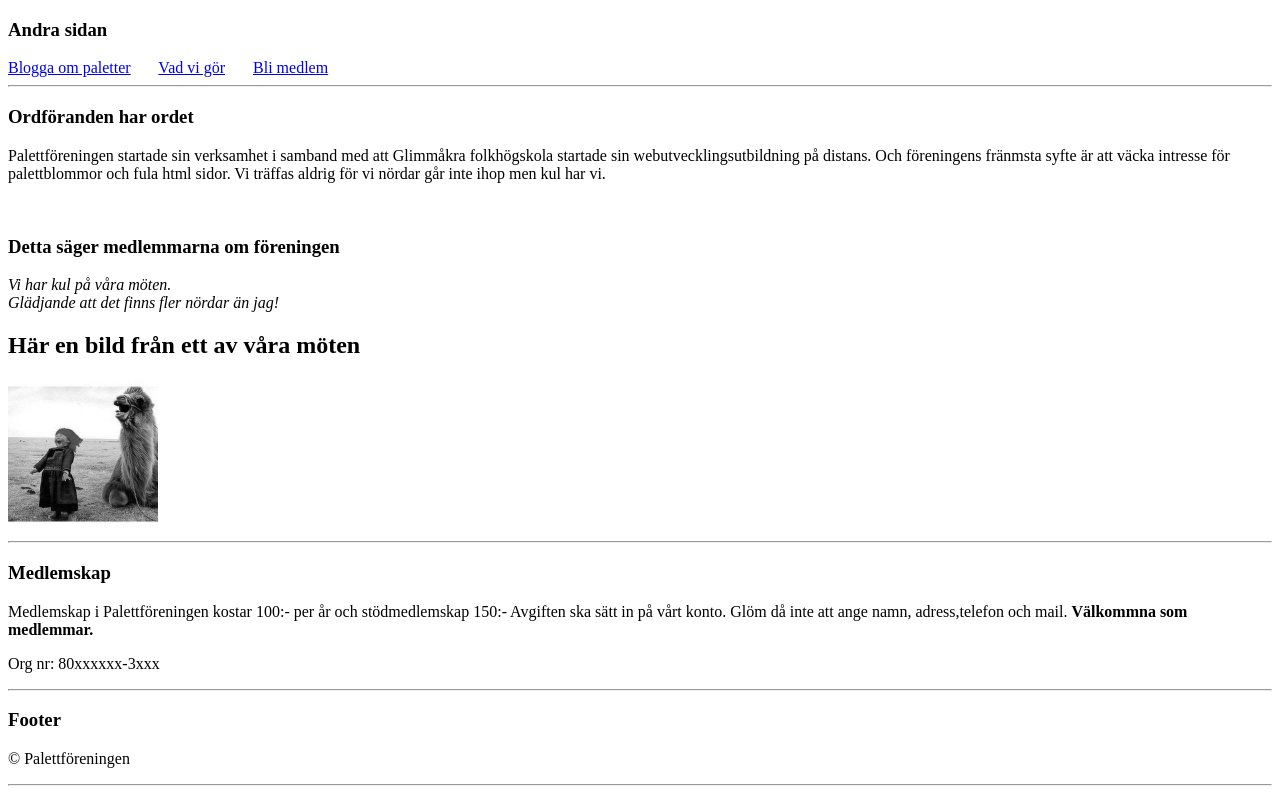
Repository: Webutveckling-20-21/Uppgift-1
Page: verksamheten.html
The author's editor kept a copy of each file at every save. The page is drawn from the files as they stood at one save, then again after a run of saves.
The browser window is 1280 px wide. The pictures show the whole page.

Above is the page before, as saved 2021-09-07 12:19:28.

### verksamheten.html
<!-- Här alla måsten i huvudet såsom språk och språkkodning mm -->
<!DOCTYPE html>
<html lang="sv">


<head>
    <meta charset="UTF-8">
    <meta name="viewport" content="width=device-width, initial-scale=1.0">
    <title>verksamheten</title>
</head>

<body>
    <header>
        <h3>Andra sidan</h3>
        <!-- Här läggs alla länkar-->
        <a href="blogg.html">Blogga om paletter</a>&nbsp;&nbsp;&nbsp;&nbsp;&nbsp;&nbsp;
        <a href="verksamheten.html">Vad vi gör</a>&nbsp;&nbsp;&nbsp;&nbsp;&nbsp;&nbsp;
        <a href="medlemskap.html">Bli medlem</a>
    </header>
    <hr>
    <main>
        <article>

            <h3>Ordföranden har ordet</h3>
            <p> Palettföreningen startade sin verksamhet i samband med att Glimmåkra folkhögskola startade sin
                webutvecklingsutbildning på distans. Och föreningens fränmsta syfte är att väcka intresse för
                palettblommor och fula html sidor. Vi träffas aldrig för vi nördar går inte ihop men kul har vi. </p> <br>

            <article>

                <article>

                    <h3>Detta säger medlemmarna om föreningen</h3>

                    <cite>Vi har kul på våra möten.</cite><br>
                    <cite>Glädjande att det finns fler nördar än jag!</cite><br>

                    <h2>Här en bild från ett av våra möten</h2>

                      <img src="images/ordförande pa excursion.jpg" width="150" height="150" alt="Ordförande berättar.">

                     </article>


    </main>
    <hr>
    <aside>
        <h3>Medlemskap</h3>
        <p>Medlemskap i Palettföreningen kostar 100:- per år och stödmedlemskap 150:-
            Avgiften ska sätt in på vårt konto. Glöm då inte att ange namn, adress,telefon och mail.
            <b>Välkommna som medlemmar.</b>
        </p>


        <p>Org nr: 80xxxxxx-3xxx</p>





    </aside>
    <hr>
    <footer>

        <h3>Footer</h3>
        <p> &copy; Palettföreningen</p>
    </footer>
    <hr>


</body>

</html>

After the next 2 saves:
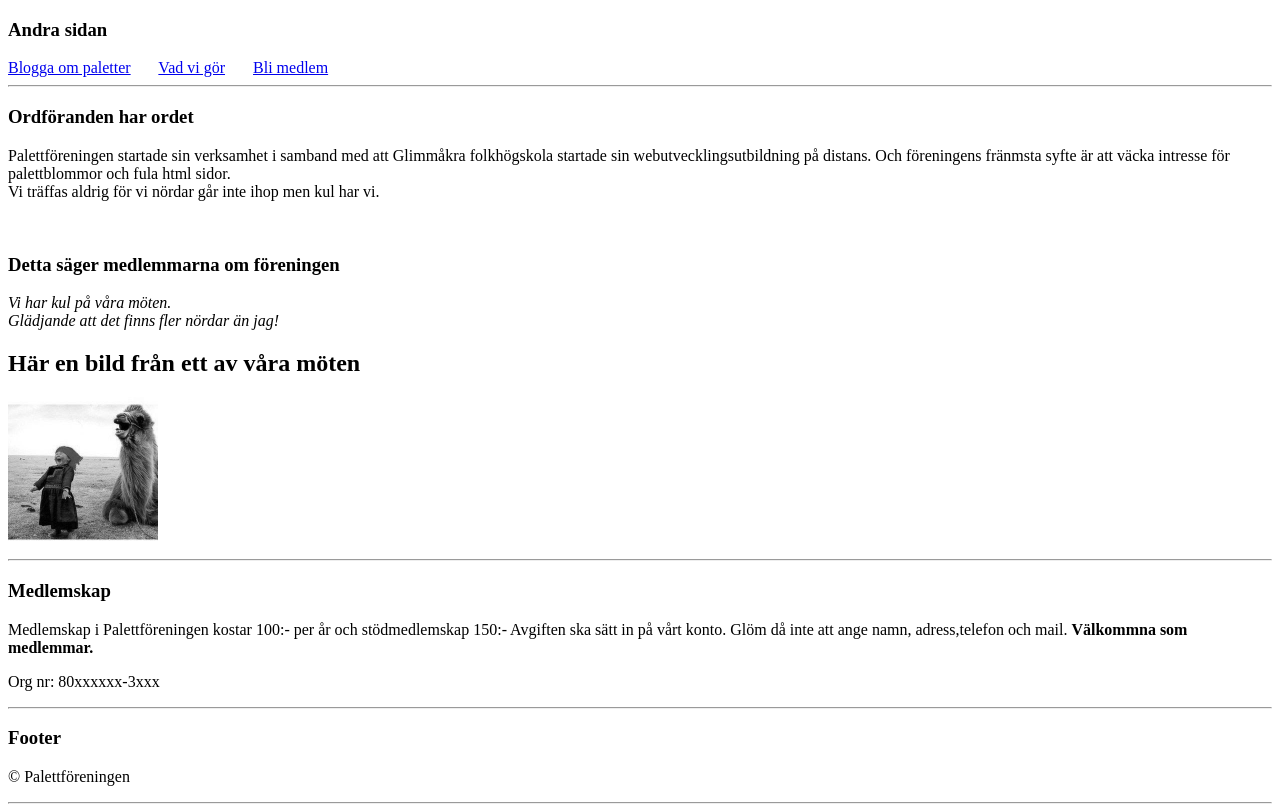
The 2 saves are shown as one change because they came seconds apart.
The last was saved 20 s later.
--- a/verksamheten.html
+++ b/verksamheten.html
@@ -24,7 +24,7 @@
             <h3>Ordföranden har ordet</h3>
             <p> Palettföreningen startade sin verksamhet i samband med att Glimmåkra folkhögskola startade sin
                 webutvecklingsutbildning på distans. Och föreningens fränmsta syfte är att väcka intresse för
-                palettblommor och fula html sidor. Vi träffas aldrig för vi nördar går inte ihop men kul har vi. </p> <br>
+                palettblommor och fula html sidor. <br> Vi träffas aldrig för vi nördar går inte ihop men kul har vi. </p> <br>
 
             <article>
 
